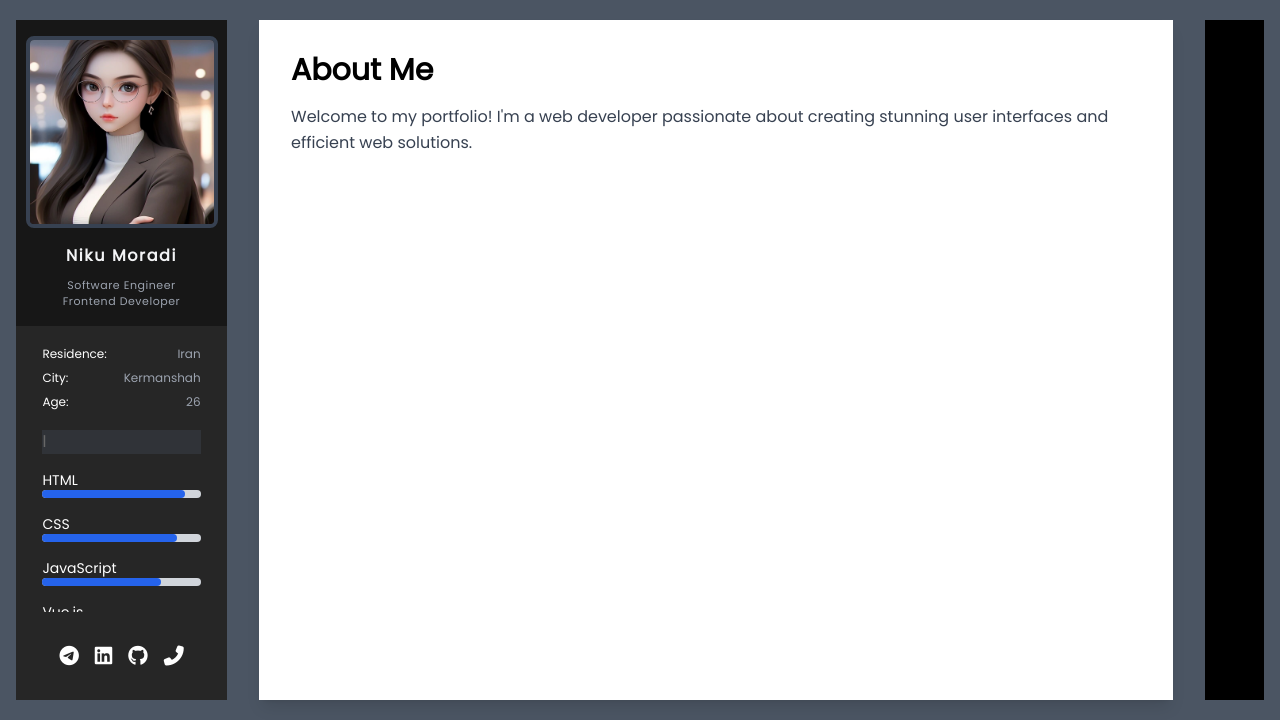
Repository: NikuMoradi/niku-moradi
Page: /
These files come from the project's save history. The page is drawn as it stood at one moment and after the next save; the edit follows.
The browser window is 1280 px wide. The pictures show the whole page.
The project was rebuilt for these pictures with package versions that can differ from the ones it lists, and the page was loaded fresh each time. The framework's server and built-in components were replaced by stand-ins that run in the browser. Also part of the build but not shown: nuxt.config.ts, components/Blog Posts/Component-Design.vue, components/Blog.vue, components/Contact.vue, components/Education.vue, components/Experience.vue, components/Hero.vue, components/Menu.vue and 3 more.

Above is the page before, as saved 2024-11-29 11:36:13.

### assets/css/main.css
@tailwind base;
@tailwind components;
@tailwind utilities;

body {
  /* From https://css.glass */
  background: #ffffff;
  font-family: "Poppins", sans-serif;
}

@layer utilities {
}

### components/LeftPanel.vue
<template>
  <div
    class="bg-neutral-800 text-white w-72 flex flex-col items-center"
    style="height: calc(100vh - 40px)"
  >
    <!-- Header-->
    <div
      class="w-full py-4 flex flex-col items-center justify-center bg-neutral-900"
    >
      <img
        src="../assets/img/photo_2024-11-28_10-37-05.jpg"
        alt="Profile Picture"
        class="w-48 h-48 mb-5 rounded-lg border-4 border-gray-700 object-cover object-center"
      />
      <h2
        class="text-gray-100 text-[16px] font-semibold tracking-widest leading-[16.8px] mb-3"
      >
        Niku Moradi
      </h2>
      <p
        class="text-gray-400 text-[11px] font-light tracking-wider leading-[16.5px]"
      >
        Software Engineer
      </p>
      <p
        class="text-gray-400 text-[11px] font-light tracking-wider leading-[16.5px]"
      >
        Frontend Developer
      </p>
    </div>

    <div class="w-3/4 flex flex-col overflow-y-auto scrollbar-hide">
      <!-- table -->
      <div class="py-5 text-xs">
        <ul class="space-y-2">
          <li class="flex justify-between">
            <h6>Residence:</h6>
            <span class="text-gray-400">Iran</span>
          </li>
          <li class="flex justify-between">
            <h6>City:</h6>
            <span class="text-gray-400">Kermanshah</span>
          </li>
          <li class="flex justify-between">
            <h6>Age:</h6>
            <span class="text-gray-400">26</span>
          </li>
        </ul>
      </div>
      <!-- divider -->
      <div class="w-full h-2px bg-gray-600 opacity-30 mb-4">l</div>
      <!-- Skill Bars -->
      <div class="space-y-4">
        <div>
          <label class="block text-sm">HTML</label>
          <div class="w-full bg-gray-300 h-2 rounded-full">
            <div class="bg-blue-600 h-2 rounded-full" style="width: 90%"></div>
          </div>
        </div>
        <div>
          <label class="block text-sm">CSS</label>
          <div class="w-full bg-gray-300 h-2 rounded-full">
            <div class="bg-blue-600 h-2 rounded-full" style="width: 85%"></div>
          </div>
        </div>
        <div>
          <label class="block text-sm">JavaScript</label>
          <div class="w-full bg-gray-300 h-2 rounded-full">
            <div class="bg-blue-600 h-2 rounded-full" style="width: 75%"></div>
          </div>
        </div>
        <div>
          <label class="block text-sm">Vue.js</label>
          <div class="w-full bg-gray-300 h-2 rounded-full">
            <div class="bg-blue-600 h-2 rounded-full" style="width: 80%"></div>
          </div>
        </div>
        <div>
          <label class="block text-sm">Nuxt.js</label>
          <div class="w-full bg-gray-300 h-2 rounded-full">
            <div class="bg-blue-600 h-2 rounded-full" style="width: 70%"></div>
          </div>
        </div>
        <div>
          <label class="block text-sm">Quasar</label>
          <div class="w-full bg-gray-300 h-2 rounded-full">
            <div class="bg-blue-600 h-2 rounded-full" style="width: 65%"></div>
          </div>
        </div>
        <div>
          <label class="block text-sm">Tailwind</label>
          <div class="w-full bg-gray-300 h-2 rounded-full">
            <div class="bg-blue-600 h-2 rounded-full" style="width: 80%"></div>
          </div>
        </div>
        <div>
          <label class="block text-sm">Git</label>
          <div class="w-full bg-gray-300 h-2 rounded-full">
            <div class="bg-blue-600 h-2 rounded-full" style="width: 85%"></div>
          </div>
        </div>
        <div>
          <label class="block text-sm">Vite</label>
          <div class="w-full bg-gray-300 h-2 rounded-full">
            <div class="bg-blue-600 h-2 rounded-full" style="width: 70%"></div>
          </div>
        </div>
      </div>
    </div>

    <!-- Social Links -->
    <div class="py-8 text-center mt-auto text-white">
      <div class="space-x-4">
        <a
          href="https://t.me/yourusername"
          target="_blank"
          class="text-white hover:text-blue-400"
        >
          <i class="fab fa-telegram fa-lg"></i>
        </a>
        <a
          href="https://linkedin.com/in/yourusername"
          target="_blank"
          class="text-white hover:text-blue-600"
        >
          <i class="fab fa-linkedin fa-lg"></i>
        </a>
        <a
          href="https://github.com/yourusername"
          target="_blank"
          class="text-white hover:text-gray-700"
        >
          <i class="fab fa-github fa-lg"></i>
        </a>
        <a href="tel:+1234567890" class="text-white hover:text-green-400">
          <i class="fas fa-phone-alt fa-lg"></i>
        </a>
      </div>
    </div>
  </div>
</template>

### components/RightPanel.vue
<template>
  <div class="bg-black w-20" style="height: calc(100vh - 40px)"></div>
</template>

### layouts/default.vue
<template>
  <div
    class="flex justify-center items-center min-h-screen bg-gray-600 px-4 space-x-8"
  >
    <LeftPanel />

    <!-- Fixed Width Centered Card -->
    <div
      class="bg-white shadow-lg w-full max-w-5xl overflow-hidden"
      style="height: calc(100vh - 40px)"
    >
      <!-- Scrollable Content -->
      <div class="overflow-y-auto h-full scrollbar-hide">
        <NuxtPage />
      </div>
    </div>
    <!-- Right Panel -->
    <RightPanel />
  </div>
</template>

<style>
/* Add any custom global styles here */
body {
  background: linear-gradient(to bottom, #f0f0f0, #d0d0d0);
}
</style>

### app.vue
<!-- The app.vue is just holding the layout container and serving as the root.
 The default.vue layout handles the overall structure of the page.
All content from your pages will automatically be placed inside the NuxtPage slot of the layout.-->
<template>
  <NuxtLayout />
</template>

### pages/index.vue
<template>
  <div class="p-8">
    <h1 class="text-3xl font-bold mb-4">About Me</h1>
    <p class="text-gray-700 leading-relaxed">
      Welcome to my portfolio! I'm a web developer passionate about creating
      stunning user interfaces and efficient web solutions.
    </p>
  </div>
</template>

### tailwind.config.js
/** @type {import('tailwindcss').Config} */
export default {
  content: [
    "./components/**/*.{js,vue,ts}",
    "./layouts/**/*.vue",
    "./pages/**/*.vue",
    "./plugins/**/*.{js,ts}",
    "./app.vue",
    "./error.vue",
  ],
  theme: {
    extend: {},
  },
  plugins: [require("tailwind-scrollbar-hide")],
};

Loaded but not shown: plugins/aos.client.js (no copy from this time; the picture is the same without it)

After the next save:
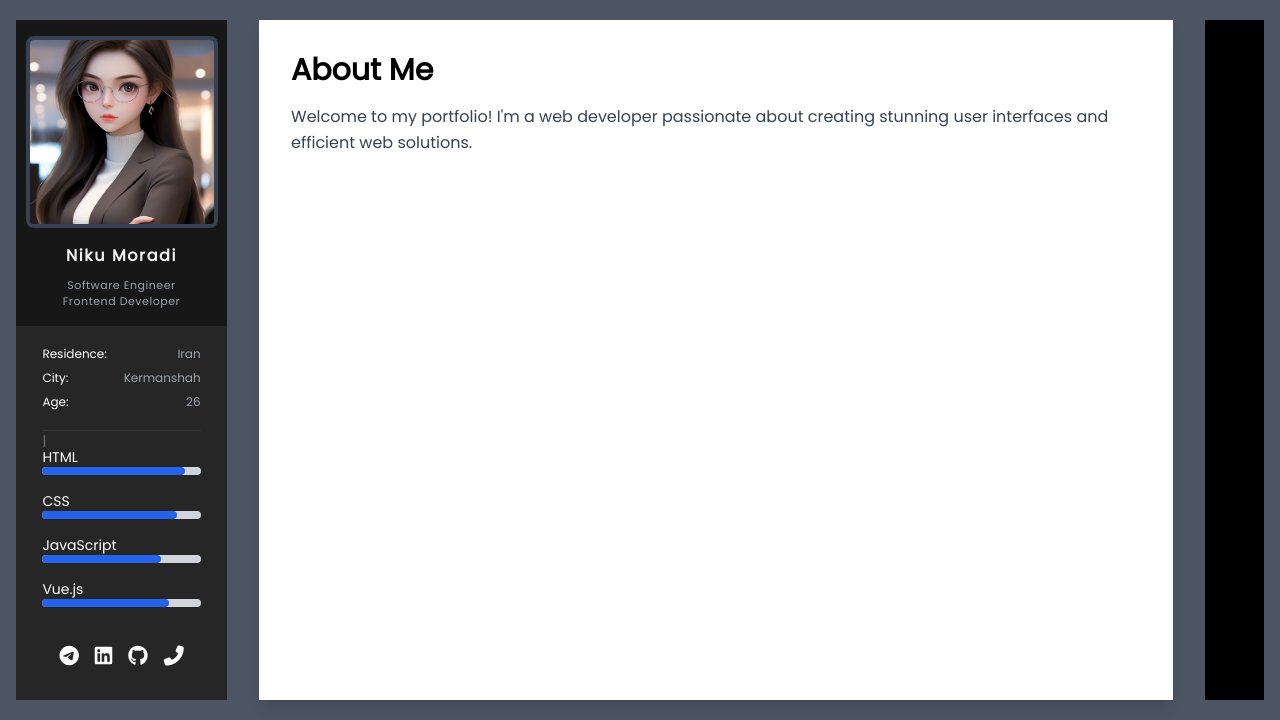
Saved 7 s later.
--- a/components/LeftPanel.vue
+++ b/components/LeftPanel.vue
@@ -48,7 +48,7 @@
         </ul>
       </div>
       <!-- divider -->
-      <div class="w-full h-2px bg-gray-600 opacity-30 mb-4">l</div>
+      <div class="w-full h-px bg-gray-600 opacity-30 mb-4">l</div>
       <!-- Skill Bars -->
       <div class="space-y-4">
         <div>
